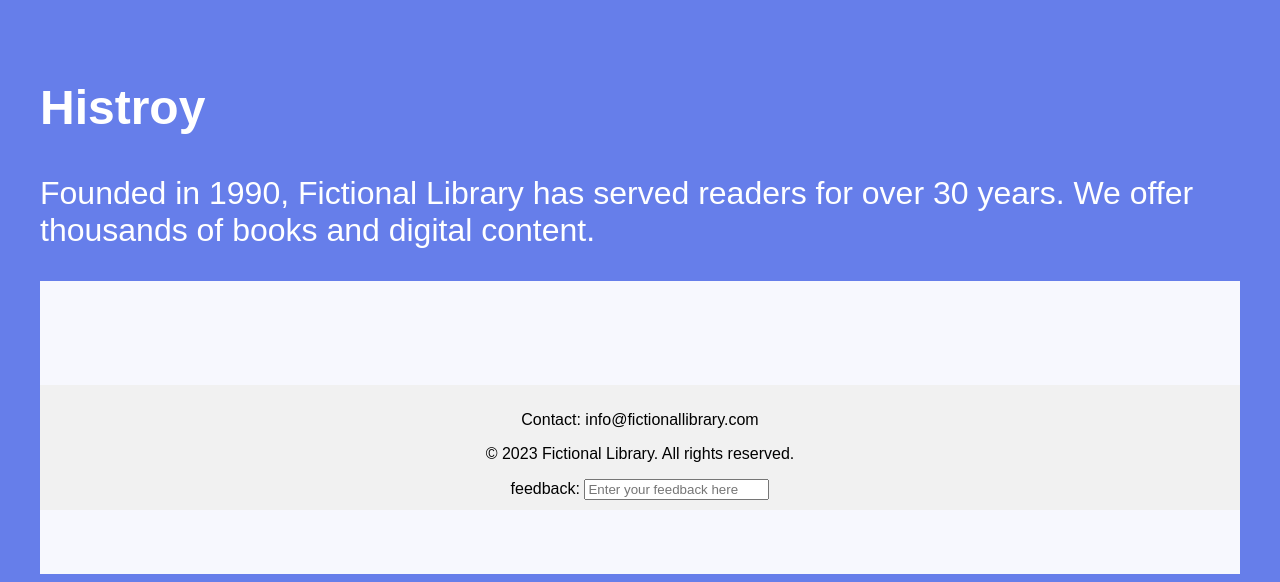
Repository: Ibrahim-Abohola/BookStore
Page: Homepage.html
The author's editor kept a copy of each file at every save. The page is drawn from the files as they stood at one save, then again after the next save.
The browser window is 1280 px wide. The pictures show the part of the page from y = 252 to 1151 px (the page is 834 px tall before and 1151 px after).

Above is the page before, as saved 2025-07-16 00:55:24.

### Homepage.html
<!DOCTYPE html>
<html lang="en">
    <head>
    <meta charset="UTF-8">
    <meta name="viewport" content="width=device-width, initial-scale=1.0">
    <title>Bookstore</title>
    <link rel="stylesheet" href="styles.css">
    </head>
    <body>
        <nav class="top-nav">
    <ul>
      <li><a href="Homepage.html">Home</a></li>
      <li><a href="catalog.html">Catalog</a></li>
      <li><a href="purchase.html">Purchase</a></li>
      <li><a href="signin.html">Sign In</a></li>
    </ul>
  </nav>
        <div class = "container">
        <header class = "hero">
            <h1>Welcome to Our Fictional Library</h1>
            <p>Your one-stop shop for all your reading needs!</p>
            <!--img src="bookstore.jpg" alt="Bookstore Image" class="hero-image"-->
        </header>
        <section class = "intro">
                <h2>Histroy</h2>
                    <p>Founded in 1990, Fictional Library has served readers for over 30 years. We offer thousands of books and digital content.</p>
        </section>
        <section class = "highlights">
            <div class="container">

            </div>

        <footer>
            <p>Contact: info@fictionallibrary.com</p>
            <p>&copy; 2023 Fictional Library. All rights reserved.</p>
            <form action="#">
                <label for="feedback">feedback:</label>
                <input type="text" id="feedback" name="feedback" placeholder="Enter your feedback here">
            </form>
        </footer>
        </div>

    </body>
</html>

### styles.css
body {
    font-family: sans-serif;
    background-color: #667eea;
}

.container {
    max-width: 1200px;
    margin: 0 auto;
    padding: 0 20px;
}

.intro {
    color: white;
    font-size: 2rem;
    margin-bottom: 1rem;
    margin-top: 80px;
}
nav {
    background: rgba(255, 255, 255, 0.95);
    backdrop-filter: blur(10px);
    padding: 1rem 0;
    position: fixed;
    width: 100%;
    top: 0;
    z-index: 1000;
}
nav.top-nav {
  display: flex;
  justify-content: flex-end;
  background: white;
  position: sticky;
  z-index: 1000;
}
nav.top-nav ul {
  display: flex;
  margin: 0;
  padding: 0;
}
nav.top-nav ul li {
  margin-left: 15px;
}
nav.top-nav ul li a {
  color: black;
  font-weight: bold;
  padding: 8px 12px;
}
nav.top-nav ul li a:hover {
  background-color: #147749ea;
  border-radius: 4px;
}

nav .container {
    display: flex;
    justify-content: space-between;
    align-items: center;
}

nav ul {
    display: flex;
    list-style: none;
    background:white;
    padding: 10px;
}

nav ul li a {
    color: white;
    margin: 0 10px;
    text-decoration: none;
}

.hero {
    background: url('images/banner.jpg') center/cover;
    color: white;
    padding: 40px;
    text-align: center;
}

.highlights {
    padding: 4rem 0;
    background: rgba(255, 255, 255, 0.95);
}

.highlights h2 {
    text-align: center;
    margin-bottom: 3rem;
    color: #764ba2;
    font-size: 2.5rem;
}

.highlight-grid {
    display: grid;
    grid-template-columns: repeat(auto-fit, minmax(300px, 1fr));
    max-width: none;
    width: 100%;
    gap: 2rem;
}

.highlight-card {
    background: white;
    padding: 2rem;
    border-radius: 15px;
    box-shadow: 0 10px 30px rgba(0, 0, 0, 0.1);
    transition: transform 0.3s ease;
}

.highlight-card h3 {
    color: #764ba2;
    margin-bottom: 1rem;
}

.signin-container {
    display: flex;
    justify-content: center;
    align-items: center;
    min-height: calc(100vh - 80px);
}

.signin-form {
    background: rgba(255, 255, 255, 0.95);
    padding: 3rem;
    border-radius: 20px;
    box-shadow: 0 15px 35px rgba(0, 0, 0, 0.1);
    width: 100%;
    max-width: 400px;
    backdrop-filter: blur(10px);
}

.signin-form h2 {
    text-align: center;
    margin-bottom: 2rem;
    color: #764ba2;
    font-size: 2rem;
}

.form-group {
    margin-bottom: 1.5rem;
}

.form-group label {
    display: block;
    margin-bottom: 0.5rem;
    font-weight: 500;
}

.form-group input {
    width: 100%;
    padding: 0.8rem;
    border: 2px solid #e0e0e0;
    border-radius: 10px;
    font-size: 1rem;
    transition: border-color 0.3s ease;
}

.form-group input:focus {
    outline: none;
    border-color: #764ba2;
}

.signin-btn {
    width: 100%;
    padding: 1rem;
    background: linear-gradient(135deg, #667eea 0%, #764ba2 100%);
    color: white;
    border: none;
    border-radius: 10px;
    font-size: 1.1rem;
    font-weight: 600;
    cursor: pointer;
    transition: transform 0.3s ease;
}

.signin-btn:hover {
    transform: translateY(-2px);
}

.catalog {
    display: flex;
    flex-wrap: wrap;
    gap: 20px;
    padding: 20px;
}

.catalog-header {
    padding: 2rem 0;
    background: rgba(255, 255, 255, 0.95);
    text-align: center;
}

.catalog-header h1 {
    color: #764ba2;
    font-size: 2.5rem;
    margin-bottom: 1rem;
}

.books-grid {
    display: grid;
    grid-template-columns: repeat(auto-fit, minmax(300px, 1fr));
    gap: 2rem;
    padding: 2rem 0;
}

.book-card {
    background: rgba(255, 255, 255, 0.95);
    border-radius: 15px;
    overflow: hidden;
    box-shadow: 0 10px 30px rgba(0, 0, 0, 0.1);
    transition: transform 0.3s ease;
}

.book-card:hover {
    transform: translateY(-5px);
}

.book-cover {
    width: 100%;
    height: 300px;
    background: linear-gradient(135deg, #667eea, #764ba2);
    display: flex;
    align-items: center;
    justify-content: center;
    color: white;
    font-size: 1.2rem;
    font-weight: bold;
}

.book-info {
    padding: 1.5rem;
}

.book-title {
    font-size: 1.3rem;
    font-weight: bold;
    margin-bottom: 0.5rem;
    color: #333;
}

.book-author {
    color: #666;
    margin-bottom: 0.5rem;
}

.book-genre {
    background: #764ba2;
    color: white;
    padding: 0.3rem 0.8rem;
    border-radius: 20px;
    font-size: 0.9rem;
    display: inline-block;
    margin-bottom: 1rem;
}

.availability {
    font-weight: bold;
    margin-bottom: 1rem;
}

.available {
    color: #28a745;
}

.unavailable {
    color: #dc3545;
}

.purchase-btn {
    width: 100%;
    padding: 0.8rem;
    background: linear-gradient(135deg, #667eea, #764ba2);
    color: white;
    border: none;
    border-radius: 10px;
    font-weight: 600;
    cursor: pointer;
    transition: transform 0.3s ease;
}

.purchase-btn:hover {
    transform: translateY(-2px);
}

.purchase-btn:disabled {
    background: #ccc;
    cursor: not-allowed;
    transform: none;
}

.purchase-container {
    padding: 2rem 0;
    min-height: calc(100vh - 80px);
}

.purchase-content {
    display: grid;
    grid-template-columns: 1fr 1fr;
    gap: 3rem;
    max-width: 1000px;
    margin: 0 auto;
}

.book-details {
    background: rgba(255, 255, 255, 0.95);
    padding: 2rem;
    border-radius: 15px;
    box-shadow: 0 10px 30px rgba(0, 0, 0, 0.1);
}

.purchase-form-container {
    background: rgba(255, 255, 255, 0.95);
    padding: 2rem;
    border-radius: 15px;
    box-shadow: 0 10px 30px rgba(0, 0, 0, 0.1);
}

.purchase-form h2 {
    color: #764ba2;
    margin-bottom: 1.5rem;
}

.price {
    font-size: 1.5rem;
    font-weight: bold;
    color: #764ba2;
    margin: 1rem 0;
}

.book {
    border: 1px solid #ccc;
    padding: 10px;
    width: calc(33.333% - 40px);
}

footer {
    margin-top: 40px;
    padding: 10px;
    background: #f1f1f1;
    text-align: center;
}

After the next save:
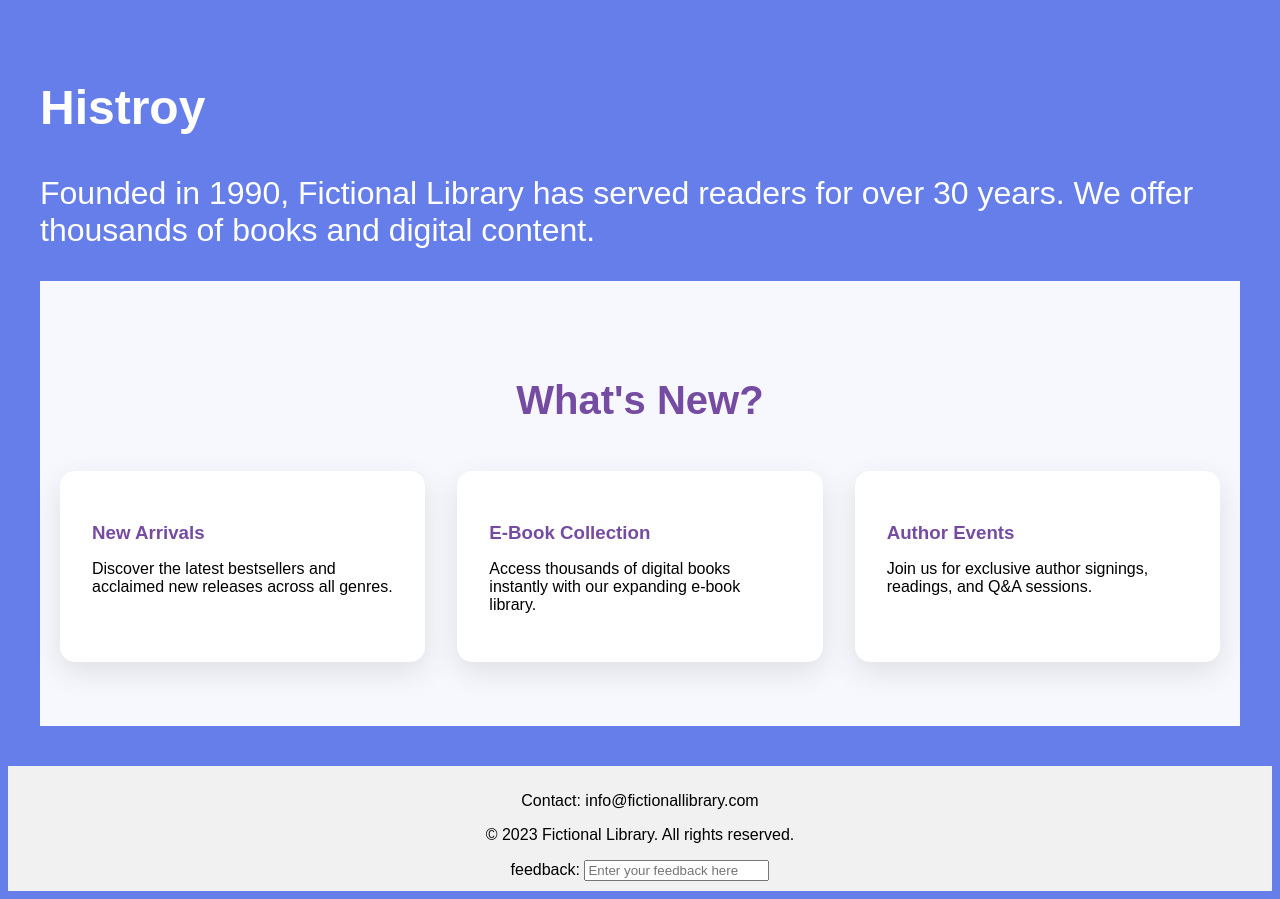
Saved 4 s later.
--- a/Homepage.html
+++ b/Homepage.html
@@ -27,7 +27,21 @@
         </section>
         <section class = "highlights">
             <div class="container">
-
+                    <h2>What's New?</h2>
+            <div class="highlight-grid">
+                    <div class="highlight-card">
+                        <h3>New Arrivals</h3>
+                        <p>Discover the latest bestsellers and acclaimed new releases across all genres.</p>
+                    </div>
+                    <div class="highlight-card">
+                        <h3>E-Book Collection</h3>
+                        <p>Access thousands of digital books instantly with our expanding e-book library.</p>
+                    </div>
+                    <div class="highlight-card">
+                        <h3>Author Events</h3>
+                        <p>Join us for exclusive author signings, readings, and Q&A sessions.</p>
+            </div>
+        </section>
             </div>
 
         <footer>
